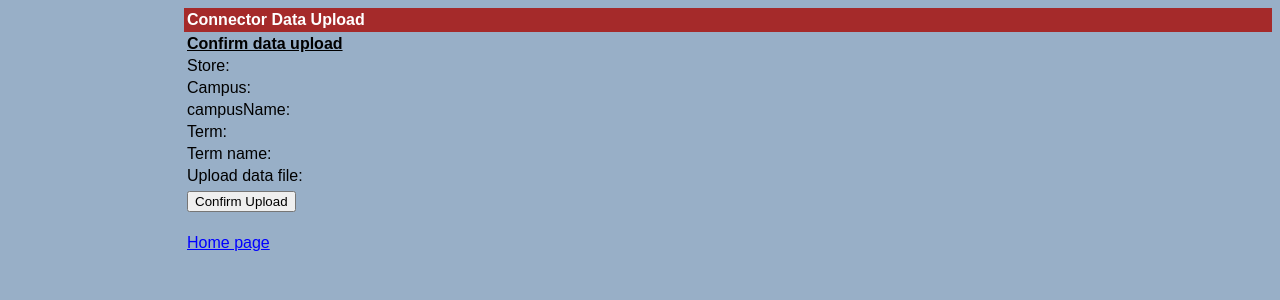
Repository: caditya/Dataupload
Page: http://localhost/connectordata/WEB-INF/views/dataupload.jsp
These files come from the project's save history. The page is drawn as it stood at one moment and after the next save; the edit follows.
The browser window is 1280 px wide. The pictures show the whole page.
Some web libraries are served in a nearby version. The page is served by Tomcat 9. Nobody is signed in. The template is opened directly, without the code that normally fills it, so the values that code supplies are empty.

Above is the page before, as saved 2014-07-21 19:10:05.

After the next save:
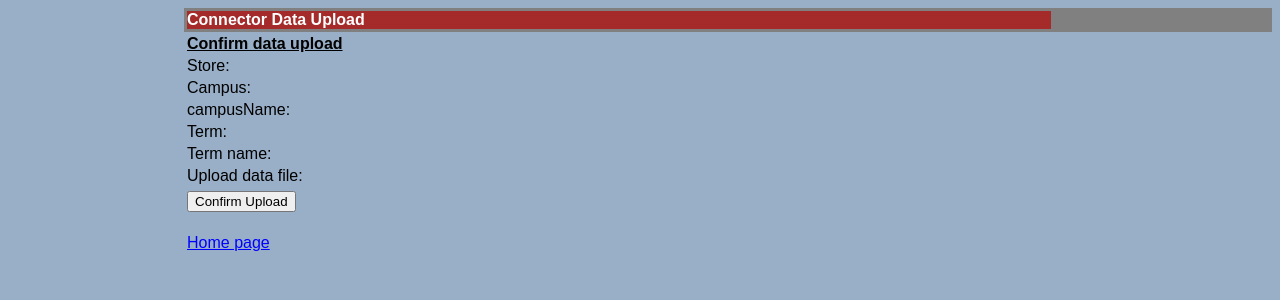
Saved 56 s later.
--- a/QAFileUpload/connectordata/src/main/webapp/resources/css/coffee.css
+++ b/QAFileUpload/connectordata/src/main/webapp/resources/css/coffee.css
@@ -61,7 +61,7 @@ p.pHeading {
 }
 .table_header{
 	width: 100%;
-	background-color: brown;
+	background-color: grey;
 }
 td {
 	font: caption;
